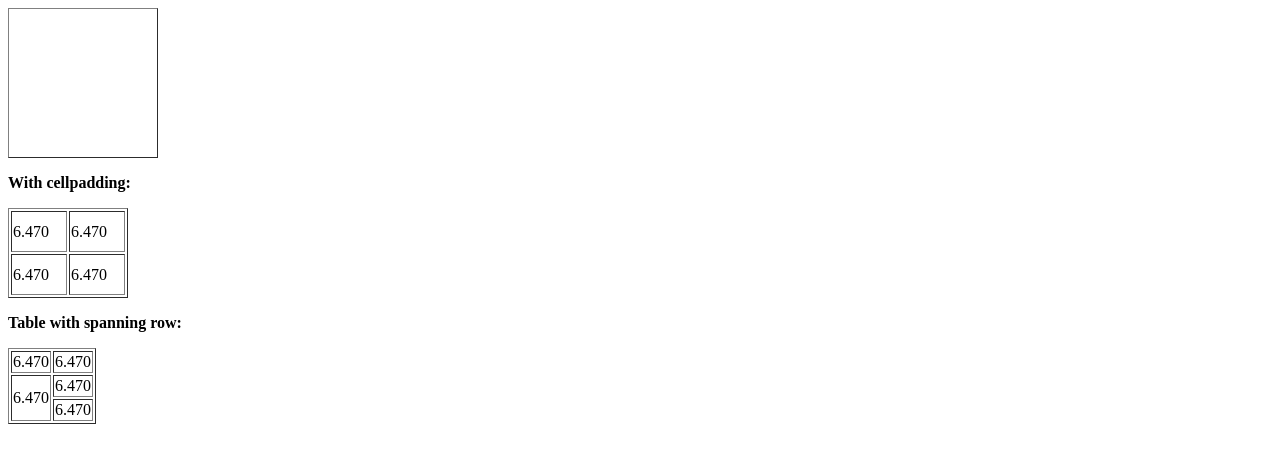
Repository: PhamChiXuan1/HTCNW_tuan3_DHCNTT16C_PhamChiXuan_20030131
Page: bt6b.html
An editor plug-in stored every save of this project. The page is shown before and after the next save, followed by the edit.
The browser window is 1280 px wide. The pictures show the whole page.

Above is the page before, as saved 2022-02-26 22:45:11.

After the next save:
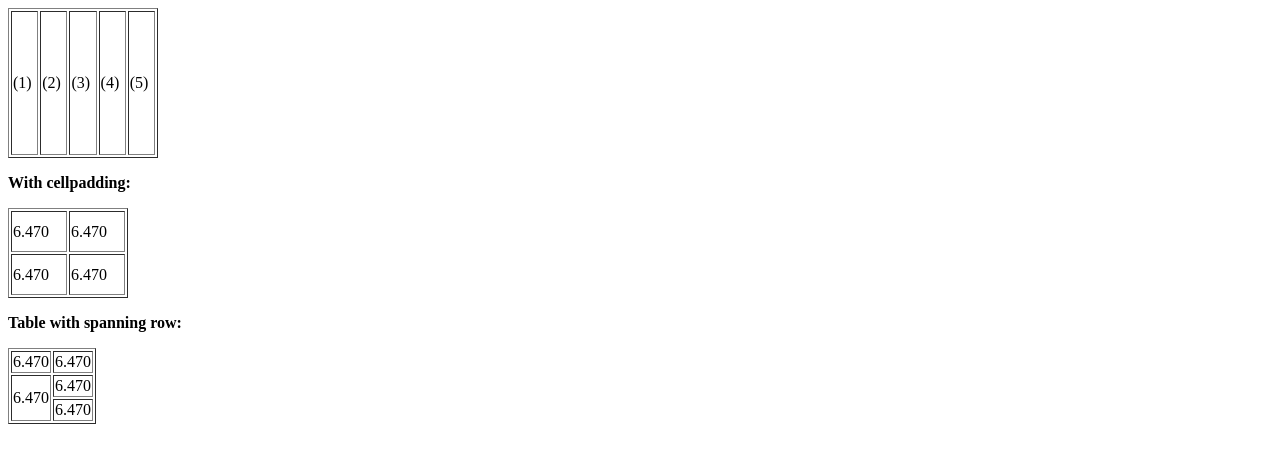
Saved 74 s later.
--- a/bt6b.html
+++ b/bt6b.html
@@ -8,7 +8,11 @@
 </head>
 <body>
     <table border="1" width="150px" height="150">
-
+        <td>(1)</td>
+        <td>(2)</td>
+        <td>(3)</td>
+        <td colspan="2">(4)</td>
+        <td>(5)</td>
     </table>
     <table border="1" width="120px" height="90">
         <P><B>With cellpadding:</B></P>
